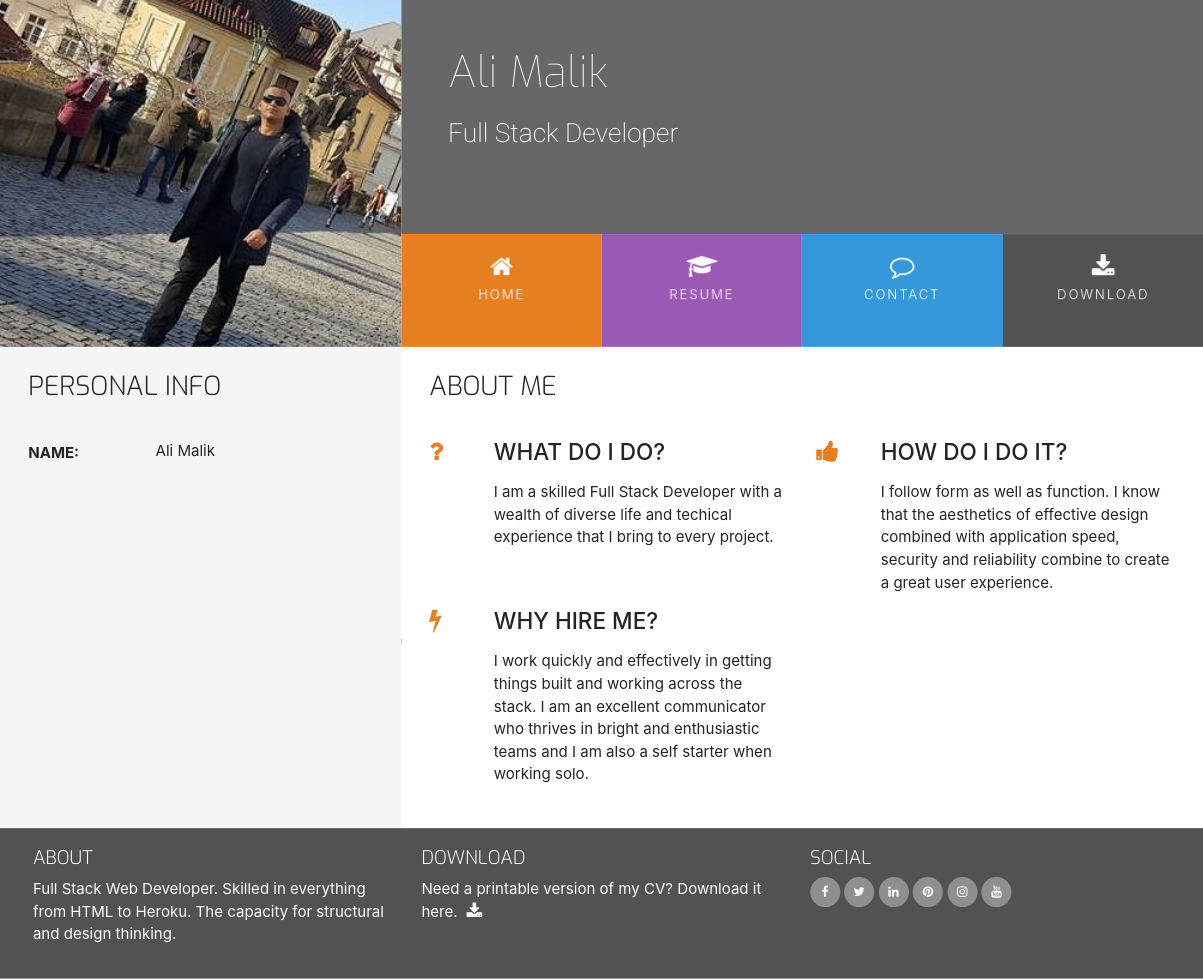
Repository: anmalik82/Padding-Top
Page: index.html
The author's editor kept a record of every edit. The page is drawn from the files as they stood at one moment, then again after the next edit.
The browser window is 1280 px wide. The pictures show the whole page, at 94% of full size.
Some web libraries are served in a nearby version.

Above is the page before.

### index.html
<!DOCTYPE html>
<html lang="en">
<head>
    <meta charset="UTF-8">
    <meta name="viewport" content="width=device-width, initial-scale=1.0">
    <meta http-equiv="X-UA-Compatible" content="ie=edge">
    <link rel="stylesheet" href="https://stackpath.bootstrapcdn.com/bootstrap/4.2.1/css/bootstrap.min.css" type="text/css" />
    <link rel="stylesheet" href="https://stackpath.bootstrapcdn.com/font-awesome/4.7.0/css/font-awesome.min.css" type="text/css" />
    <link rel="stylesheet" href="https://cdnjs.cloudflare.com/ajax/libs/hover.css/2.3.1/css/hover-min.css" type="text/css" />
    <link rel="stylesheet" href="assets/css/style.css" type="text/css" />
    <title>Ali</title>
</head>

<body>
    <header>
       <div class="row no-gutters">
           <a href="index.html" class="col-md-4 logo">

           </a>
           <div class="col-md-8">
               <div class="row no-gutters bg-color-name-title">
                   <div class="col heading">
                       <h1 class="name">Ali Malik</h1>
                       <h2 class="title">Full Stack Developer</h2>
                   </div>
               </div>
               <div class="row no-gutters">
                   <div class="col">
                       <ul id="nav" class="list-inline menucontainer">
                           <li class="col-6 col-sm-3 ui-menu-color-home list-inline-item menuitem">
                               <a href="#" class="hvr-sweep-to-bottom"><i class="fa fa-home" aria-hidden="true"></i><span>Home</span></a>
                           </li>
                           <li class="col-6 col-sm-3 ui-menu-color-resume list-inline-item menuitem">
                               <a href="#" class="hvr-sweep-to-bottom"><i class="fa fa-graduation-cap" aria-hidden="true"></i><span>Resume</span></a>
                           </li>
                           <li class="col-6 col-sm-3 ui-menu-color-contact list-inline-item menuitem">
                               <a href="#" class="hvr-sweep-to-bottom"><i class="fa fa-comment-o" aria-hidden="true"></i><span>Contact</span></a>
                           </li>
                           <li class="col-6 col-sm-3 ui-menu-color-download list-inline-item menuitem">
                               <a href="#" class="hvr-sweep-to-bottom"><i class="fa fa-download" aria-hidden="true"></i><span>Download</span></a>
                           </li>
                       </ul>
                   </div>
               </div>

           </div>
       </div>

    </header>

    <section class="container-fluid">
        <div class="row">
            <div class="col-md-4 bg-color-personal-info section-column">
                <div class="row">
                    <div class="col-12">
                        <h3 class="section-heading uppercase">
                            Personal Info
                        </h3>
                    </div>
                </div>
                <div class="personal-info-item">
                    <div class="key">
                        <p class="uppercase">
                           Name:
                        </p>
                    </div>
                    <div class="value">
                        <p class="value">
                            Ali Malik
                        </p>
                    </div>
                </div>
            </div>
            <div class="col-md-8 bg-color-three-reasons section-column">
                <div class="row">
                    <div class="col">
                        <h3 class="section-heading uppercase">About Me</h3>
                    </div>
                </div>
                <div class="row">
                    <div class="col-10 offset-1 offset-sm-0 col-sm-4 col-md-6">
                        <div class="row">
                            <div class="col-2">
                                <i class="three-reasons-icon fa fa-question" aria-hidden="true"></i>
                            </div>
                            <div class="col-10">
                               <h4 class="three-reasons-heading uppercase">What do I do?</h4>
                               <p>
                                   I am a skilled Full Stack Developer with a wealth of diverse life and techical experience that I bring to every project.
                               </p>
                            </div>
                        </div>

                    </div>
                    <div class="col-10 offset-1 offset-sm-0 col-sm-4 col-md-6">
                        <div class="row">
                            <div class="col-2">
                                <i class="three-reasons-icon fa fa-thumbs-up" aria-hidden="true"></i>
                            </div>
                            <div class="col-10">
                               <h4 class="three-reasons-heading uppercase">How do I do it?</h4>
                               <p>
                                  I follow form as well as function. I know that the aesthetics of effective design combined with application speed,
                                  security and reliability combine to create a great user experience.
                               </p>
                            </div>
                        </div>

                    </div>
                    <div class="col-10 offset-1 offset-sm-0 col-sm-4 col-md-6">
                        <div class="row">
                            <div class="col-2">
                                <i class="three-reasons-icon fa fa-bolt" aria-hidden="true"></i>
                            </div>
                            <div class="col-10">
                               <h4 class="three-reasons-heading uppercase">Why hire me?</h4>
                               <p>
                                  I work quickly and effectively in getting things built and working across the stack. I am an excellent
                                  communicator who thrives in bright and enthusiastic teams and I am also a self starter when working solo.
                               </p>
                            </div>
                        </div>

                    </div>
                </div>
            </div>
        </div>

    </section>

    <footer class="container-fluid">
        <div id="footer-details" class="row">
            <div class="col-sm-4">
                <h5 class="uppercase general-sub">About</h5>
                <p class="inline-block">
                    Full Stack Web Developer. Skilled in everything from HTML to Heroku.
                    The capacity for structural and design thinking.
                </p>
            </div>
            <div class="col-sm-4">
                <h5 class="uppercase general-sub">Download</h5>
                <p class="inline-block">
                  Need a printable version of my CV? Download it here.
                  <a href="#" target="_blank" class="cv-pdf">
                      <i class="fa fa-download" aria-hidden="true"></i>
                      <span class="sr-only">Download link</span>
                  </a>
                </p>
            </div>
            <div class="col-sm-4">
                <h5 class="uppercase general-sub">Social</h5>
                <ul class="list-inline social-links">
                    <li class="list-inline-item">
                        <a target="_blank" href="#">
                            <i class="fa fa-facebook" aria-hidden="true"></i>
                            <span class="sr-only">Facebook</span>
                        </a>
                    </li>
                    <li class="list-inline-item">
                        <a target="_blank" href="#">
                            <i class="fa fa-twitter" aria-hidden="true"></i>
                            <span class="sr-only">Twitter</span>
                        </a>
                    </li>
                    <li class="list-inline-item">
                        <a target="_blank" href="#">
                            <i class="fa fa-linkedin" aria-hidden="true"></i>
                            <span class="sr-only">Linkedin</span>
                        </a>
                    </li>
                    <li class="list-inline-item">
                        <a target="_blank" href="#">
                            <i class="fa fa-pinterest" aria-hidden="true"></i>
                            <span class="sr-only">Pinterest</span>
                        </a>
                    </li>
                    <li class="list-inline-item">
                        <a target="_blank" href="#">
                            <i class="fa fa-instagram" aria-hidden="true"></i>
                            <span class="sr-only">Instagram</span>
                        </a>
                    </li>
                    <li class="list-inline-item">
                        <a target="_blank" href="#">
                            <i class="fa fa-youtube" aria-hidden="true"></i>
                            <span class="sr-only">Youtube</span>
                        </a>
                    </li>
                </ul>
            </div>
        </div>

    </footer>

</body>

</html>

### assets/css/style.css
@import url('https://fonts.googleapis.com/css?family=Roboto:100,200,300,400,500,600,700|Exo:100,200,300,400,500,600,700');

/*----------------------------------Colours*/

.bg-color-name-title {
    background-color: #676767;
}

.bg-color-three-reasons {
    background-color: #fff;
}

.bg-color-personal-info {
    background-color: #f4f4f4;
}

.bg-color-work-history {
    background-color: #9b59b6;
}

.ui-menu-color-home {
    background-color: #e67e22;
}

.ui-menu-color-resume {
    background-color: #9b59b6;
}

.ui-menu-color-contact {
    background-color: #3498db;
}

.ui-menu-color-download {
    background-color: #525252;
}

/*----------------------------------Special paddings/margins/text*/

h1,
h2,
h3,
h4 {
    margin: 0;
}

.uppercase {
    text-transform: uppercase;
}

.general-sub {
    font-family: "Exo", sans-serif;
    font-weight: 300;
    color: #fafafa;
}

.inline-block {
    display: inline-block;
}

.row-table {
    display:table;
}

.section-column {
    display: table-cell;
    padding: 0 30px 30px;
    float: none;
}


.history-heading,
.section-heading {
    font-family:"Exo", sans-serif;
    font-weight: 300;
    margin-top: 25px;
    margin-bottom: 40px;
}

/*----------------------------------Heading*/

header {
    margin: 0;
}

.heading {
    margin-left: 50px;
}


.logo {
    background: url("../images/ali.jpg");
    background-position: center;
    background-repeat: no-repeat;
    background-size: cover;
    min-height: 360px;
    transition: all .5s ease-in-out;
    -moz-transition: all .5s ease-in-out;
    -webkit-transition: all .5s ease-in-out;

}

.name {
    font-family: "Exo", sans-serif;
    font-weight: 100;
    font-size: 46px;
    margin-top: 50px;
    color: #fff;
}

.title {
    font-family: "Roboto", sans-serif;
    font-weight: 200;
    font-size: 28px;
    margin-top: 20px;
    margin-bottom: 90px;
    color: #fff;
}


.list-inline-item:not(:last-child) {
    margin: 0;
}

.menucontainer {
    font-size: 0;
}

#nav {
    margin: 0;
}

#nav li {
    font-size: 14px;
    padding: 0;
}

.menuitem {
    height: 120px;
    text-align: center;
    padding: 0;
}

.menuitem a {
    width: 100%;
    text-decoration: none;
    color: #fff;
    height: 120px;
}

.menuitem a i {
    padding-top: 22px;
    display: block;
    color: #fafafa;
    font-size: 26px;
}

.menuitem span {
    display: block;
    width: 100%;
    padding-top: 5px;
    text-align: center;
    text-transform: uppercase;
    font-size: 14px;
    font-weight: 300;
    letter-spacing: 2px;
}

/*----------------------------------Hover.css*/

.hvr-sweep-to-bottom:before {
    background: rgba(0, 0, 0, 0.2);
    height: 120px;

}

/*----------------------------------Footer*/

footer {
    background-color: #525252;
    color: #fafafa;
    min-height: 120px;
    margin: 0;
}


.cv-pdf i {
    font-size: 18px;
    color: #fafafa;
    text-align: center;
    padding-left: 5px;
    transition: all 0.35s ease-in-out;
    -moz-transition: all 0.35s ease-in-out;
    -webkit-transition: all 0.35s ease-in-out;
    -o-transition: all 0.35s ease-in-out;

}

.cv-pdf i:hover {
    color: #e84610;
}

.social-links {
    padding-bottom: 15px;
}

.social-links li a i {
    width: 32px;
    height: 32px;
    padding: 12px 0;
    border-radius: 50%;
    font-size: 13px;
    line-height: 7px;
    text-align: center;
    color: #fafafa;
    background: #8f8f8f;
    transition: all 0.35s ease-in-out;
    -moz-transition: all 0.35s ease-in-out;
    -webkit-transition: all 0.35s ease-in-out;
    -o-transition: all 0.35s ease-in-out;
}

.social-links li a i:hover {
    background: #e84610;
}

#footer-details {
    padding: 20px;
}



/*----------------------------------Three Reasons*/

.three-reasons-icon {
    font-size: 26px;
    color: #e67e22;
}

.three-reasons-heading {
    margin-bottom: 15px;
}


/*----------------------------------Personal Info*/

.personal-info-item {
    margin-bottom: 20px;
    display: block;
    clear: both;
}

.personal-info-item .key,
.personal-info-item .value {
    padding-right: 8px;
    display: inline-block;
}

.personal-info-item .key p,
.personal-info-item .value p {
    margin: 0;
}

.personal-info-item .key {
    width: 30%;
    margin-right: 21px;
    padding-top: 2px;
    vertical-align: top;
}

.personal-info-item .key p {
    font-weight: 700;
}

.personal-info-item .value {
    position: relative;
    width: 60%;
}

/*----------------------------------Skills*/

.progress {
    position: relative;
    height: 25px;
    margin-bottom: 4px;
}

.progress-type {
    position: absolute;
    left: 0px;
    font-weight: 400;
    padding: 3px 30px 2px 10px;
    color: #fafafa;
    background-color: rgba(25, 25, 25, 0.2);
}

.progress-section {
    margin: 40px 20px;
}

/*----------------------------------Work History*/

.history-heading {
    color: #fafafa;
    margin-bottom: 50px;
}

.timeline-item {
    padding: 4em 2em 0em 2em;
    position: relative;
    color: #fafafa;
    border-left: 1px solid;
}


.timeline-item p {
    padding: 0;
    margin: 0;
}

.timeline-item:before {
    content: attr(data-dates);
    position: absolute;
    left: 2.5em;
    top: 3em;
    display: block;
    font-family: "Exo", sans-serif;
    font-weight: 500;
    font-size: 0.8em;
    padding: 0;
    margin: 0;
}

.timeline-item:after {
    width: 12px;
    height: 12px;
    display: block;
    top: 2.4em;
    position: absolute;
    left: -6px;
    border-radius: 12px;
    content: '';
    background: #fafafa;

}

After the next edit:
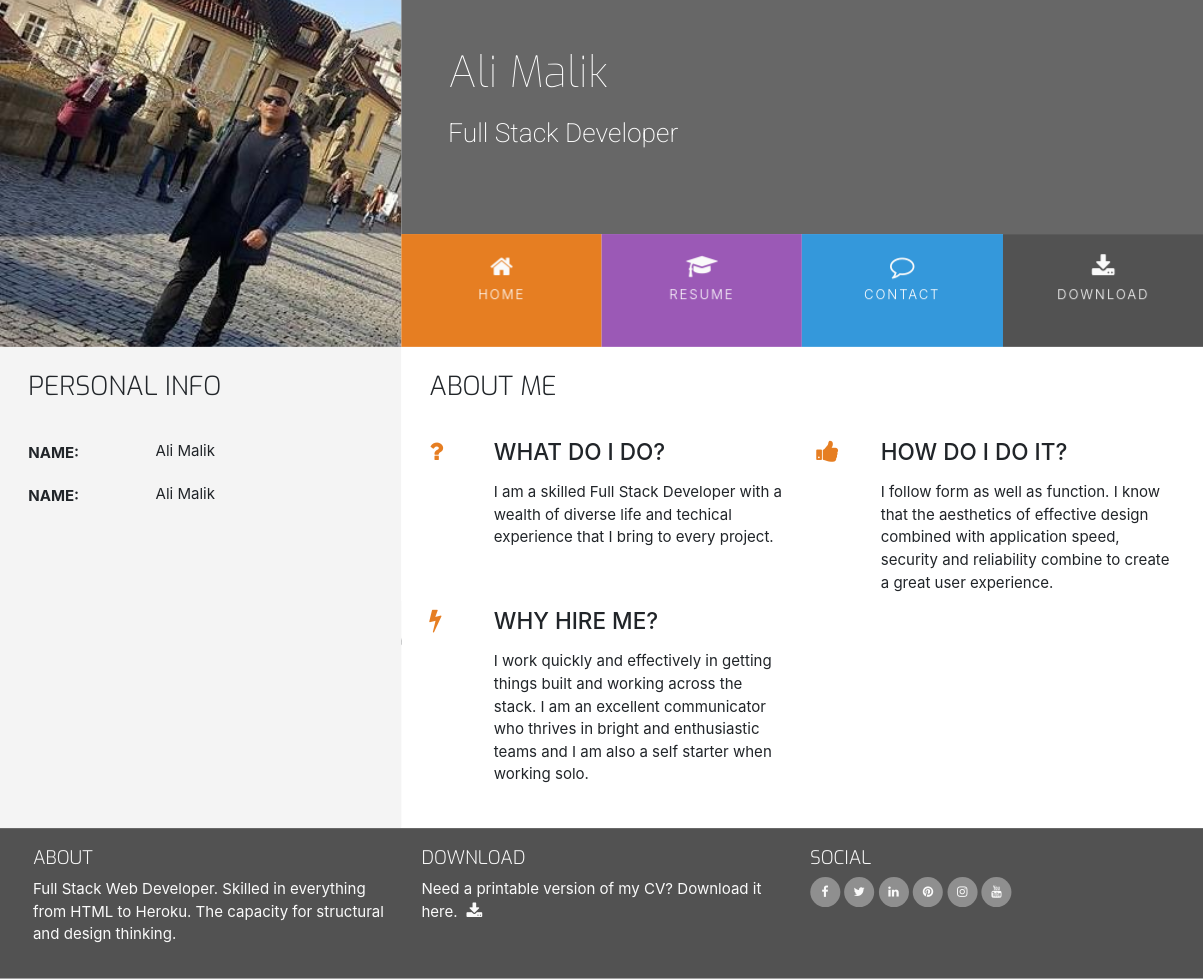
The edit:
--- a/index.html
+++ b/index.html
@@ -70,6 +70,18 @@
                         </p>
                     </div>
                 </div>
+                <div class="personal-info-item">
+                    <div class="key">
+                        <p class="uppercase">
+                           Name:
+                        </p>
+                    </div>
+                    <div class="value">
+                        <p class="value">
+                            Ali Malik
+                        </p>
+                    </div>
+                </div>
             </div>
             <div class="col-md-8 bg-color-three-reasons section-column">
                 <div class="row">
